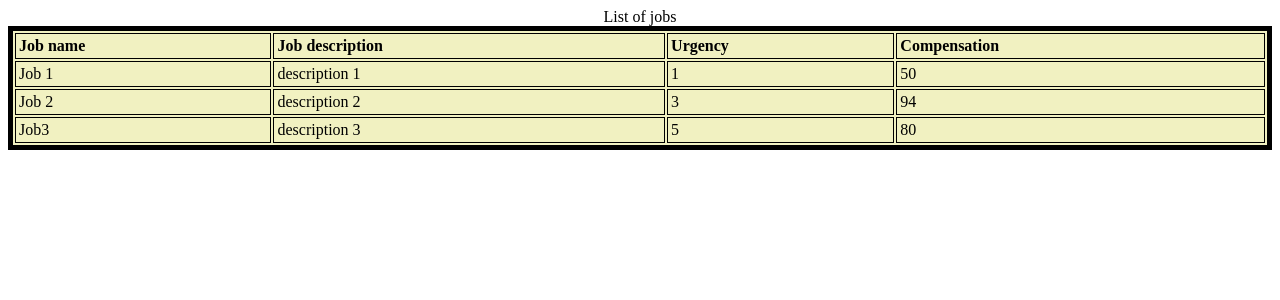
Repository: ultra-koder/JobMarket
Page: angular-seed/app/view2/findjob.html
The author's editor kept a record of every edit. The page is drawn from the files as they stood at one moment, then again after the next edit.
The browser window is 1280 px wide. The pictures show the whole page.

Above is the page before.

After the next edit:
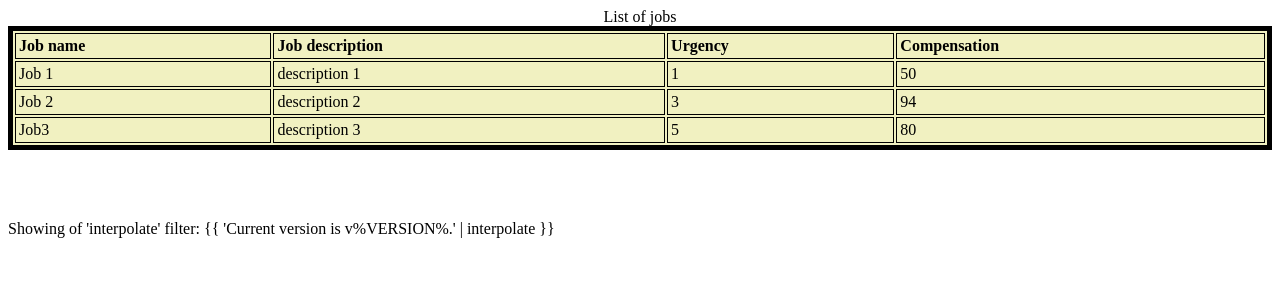
The edit:
--- a/angular-seed/app/view2/findjob.html
+++ b/angular-seed/app/view2/findjob.html
@@ -42,3 +42,10 @@
     <td>80</td>
   </tr>
 </table>
+
+
+<br><br><br>
+<p>
+  Showing of 'interpolate' filter:
+  {{ 'Current version is v%VERSION%.' | interpolate }}
+</p>
